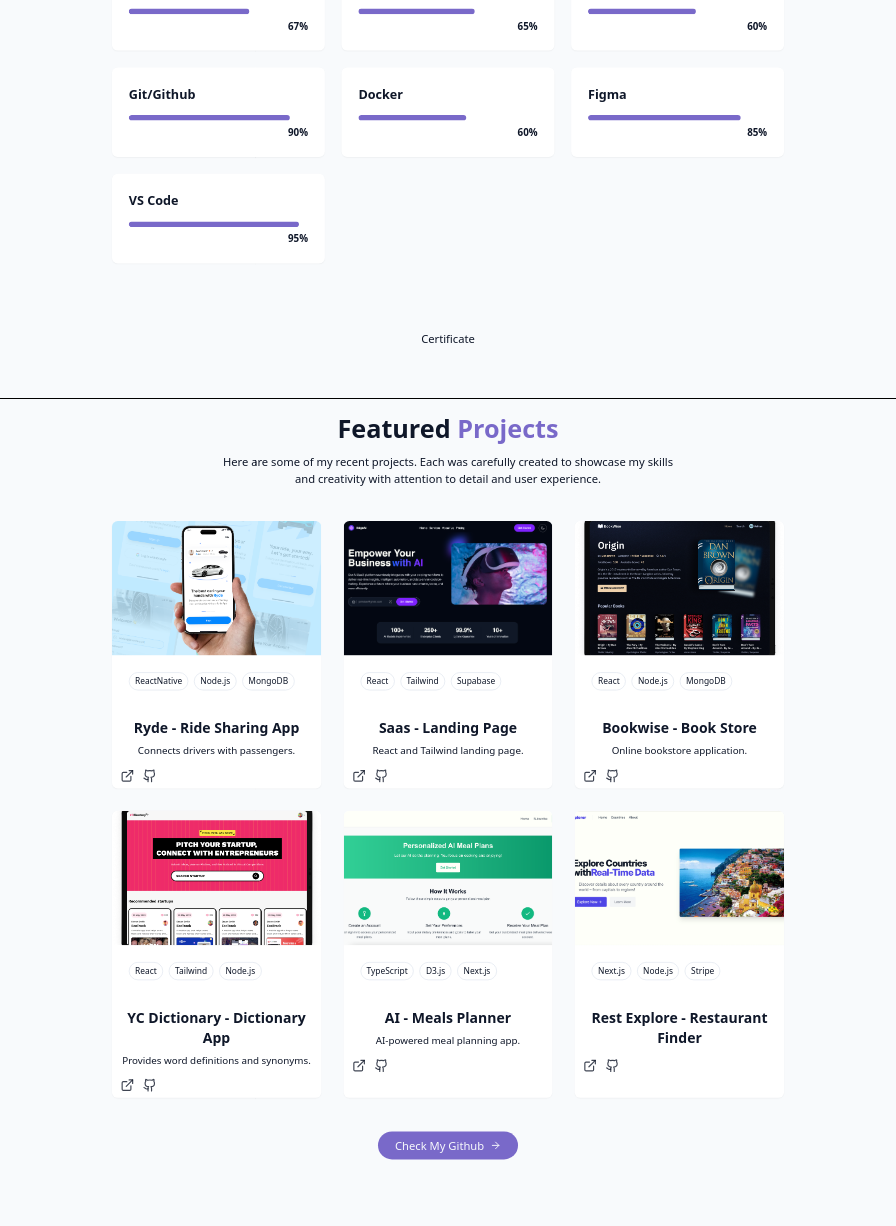
Repository: mOzariffard/Portfolio
Page: /
An editor plug-in stored every save of this project. The page is shown before and after the next save, followed by the edit.
The browser window is 1280 px wide. The pictures show the part of the page from y = 2336 to 4256 px (the page is 4088 px tall before and 4256 px after), at 70% of full size.
The project was rebuilt for these pictures with package versions that can differ from the ones it lists, and the page was loaded fresh each time. Also part of the build but not shown: vite.config.js, src/pages/NotFound.jsx.

Above is the page before, as saved 2025-06-30 14:52:26.

### src/App.jsx
import  Home from "./pages/Home"
import { BrowserRouter, Route, Routes } from "react-router-dom"
import NotFound from "./pages/NotFound"


function App() {

  return (
    <>
    <BrowserRouter>
    <Routes>
      <Route index element={<Home />} />
      <Route path="*" element={<NotFound />} />
    </Routes>
    </BrowserRouter>
    </>
  )
}

export default App

### src/pages/Home.jsx
import React from 'react'
import ThemeToggle from '@/components/ThemeToggle'
import StartBackground from '@/components/StartBackground'
import Navbar from '@/components/Navbar'
import HeroSection from '@/components/HeroSection'
import AboutSection from '@/components/AboutSection'
import SkillsSection from '@/components/SkillsSection'
import ProjectSection from '@/components/ProjectSection'
import CertificateSection from '../components/CertificateSection'

const Home = () => {
  return (
    <div className='min-h-screen bg-background text-foreground overflow-x-hidden'>
        {/*----------------Theme Toggle----------------*/}
        <ThemeToggle />
        {/*----------------Background Effects----------------*/}
        <StartBackground/>
        {/*----------------Nav Bar----------------*/}
        <Navbar/>
        {/*----------------Main Content----------------*/}
        <main>
        <HeroSection />
        <AboutSection />
        <SkillsSection />
        <CertificateSection />
        <ProjectSection />
        </main>
        {/*----------------Footer----------------*/}


    </div>
  )
}

export default Home

### src/components/ThemeToggle.jsx
import React, { useEffect, useState } from 'react'
import { Sun, Moon } from 'lucide-react'
import { cn } from '@/lib/utils';
const ThemeToggle = () => {
    const [isDarkMode, setIsDarkMode]= useState(false);

    useEffect(()=>{
        const storedTheme= localStorage.getItem('theme');
        if(storedTheme=== 'dark'){
            setIsDarkMode(true);
            document.documentElement.classList.add('dark');
        }else{
            localStorage.setItem('theme', 'light');
            setIsDarkMode(false);
        }
    },[])
    const toggleTheme=()=>{
        if(isDarkMode){
            document.documentElement.classList.remove('dark');
            localStorage.setItem('theme', 'light');
            setIsDarkMode(false);
        }else{
            document.documentElement.classList.add('dark');
            localStorage.setItem('theme', 'dark');
            setIsDarkMode(true);
        }
    }
  return (
    <button onClick={toggleTheme} className={cn(
        "fixed max-sm:hidden top-5 right-5 z-50 p-2 rounded-full transition-colors duration-300",
        "focus:outline-hidden")}>
        {isDarkMode ? <Sun className='h-6 w-6 text-yellow-300'/> : <Moon className='h-6 w-6 text-blue-900' />}
    </button>
  )
}

export default ThemeToggle

### src/components/StartBackground.jsx
import React, { useEffect, useState } from 'react'

// START has
// ID , SIZE , X , Y , OPACITY , ANIMATION DURATION
// METEOR has
// ID , SIZE , X , Y , DELAY , DURATION

const StartBackground = () => {
    const [stars,setStars]=useState([]);
    const [meteors,setMeteors]=useState([]);

    useEffect(()=>{
        generateStars();
        generateMeteors();

        const handleResize = ()=>{
            generateStars();
        };

        window.addEventListener('resize', handleResize);

        return ()=> window.removeEventListener('resize', handleResize);

    },[])

    const generateStars = () =>{
        const numbersOfStars = Math.floor(window.innerWidth * window.innerHeight /10000);

        const newStars=[];

        for(let i=0; i<numbersOfStars; i++){
            newStars.push({
                id: i,
                size: Math.random()* 3 + 1,
                x: Math.random()*100 ,
                y:  Math.random()*100,
                opacity: Math.random()*0.5 +0.5 ,
                animationDuration: Math.random()*4+2 ,
            });
        }

        setStars(newStars);
    };

    const generateMeteors = () =>{
        const numbersOfMeteors = 4;

        const newMeteors=[];

        for(let i=0; i<numbersOfMeteors; i++){
            newMeteors.push({
                id: i,
                size: Math.random()* 2 + 1,
                x: Math.random()* 100 ,
                y:  Math.random()* 20,
                delay: Math.random()* 15 ,
                animationDuration: Math.random()*3+3 ,
            });
        }

        setMeteors(newMeteors);
    };


  return (
    <div className='fixed inset-0 overflow-hidden pointer-events-none z-0 '>
        {stars.map((star)=>(
            <div
            key={star.id}
                className='star animate-pluse-subtle' style={{
                width:`${star.size}px` ,
                height: `${star.size}px`,
                left: `${star.x}%`,
                top: `${star.y}%`,
                opacity:`${star.opacity}` ,
                animationDuration: `${star.animationDuration}s`
            }} />
        ))}

        {meteors.map((meteor)=>(
            <div
            className='meteor animate-meteor'
            key={meteor.id}
            style={{
                width: `${meteor.size* 50}px`,
                height: `${meteor.size * 2}px`,
                left: `${meteor.x}%`,
                top: `${meteor.y}%`,
                animationDelay: `${meteor.delay}`,
                animationDuration: `${meteor.duration}s`
            }}
            />
        ))}
    </div>
  )
}

export default StartBackground

### src/components/Navbar.jsx
import React, { useState, useEffect } from 'react';
import { cn } from '@/lib/utils';
import { X , Menu } from 'lucide-react';

const navItems = [
    { name: 'Home', href: '#hero' },
    { name: 'About', href: '#about' },
    { name: 'Contact', href: '#contact' },
    { name: 'Certificate', href: '#Certificate' },
    { name: 'Skills', href: '#skills' },
    { name: 'Projects', href: '#projects' },
];

const Navbar = () => {
    const [isScrolled, setIsScrolled] = useState(false);
    const [isMenuOpen, setIsMenuOpen] = useState(false);

    useEffect(() => {
        const handleScroll = () => {
            setIsScrolled(window.scrollY > 10);
        };

        window.addEventListener('scroll', handleScroll);

        return () => window.removeEventListener('scroll', handleScroll);
    }, []);

    return (
        <nav
            className={cn(
                'fixed w-full z-40 transition-all duration-300',
                isScrolled ? 'py-3 bg-background/80 backdrop-blur-md shadow-xs' : 'py-6'
            )}
        >
            <div className="container flex items-center justify-between">
                <a href="#hero" className="text-xl font-bold text-primary flex items-center">
                    <span className="relative z-10">
                        <span className="text-glow text-foreground">mOzariffard</span> Portfolio
                    </span>
                </a>

                {/* DESKTOP NAV */}
                <div className="hidden md:flex space-x-6">
                    {navItems.map((item, key) => (
                        <a
                            key={key}
                            href={item.href}
                            className="text-foreground/80 hover:text-primary transition-colors duration-300"
                        >
                            {item.name}
                        </a>
                    ))}
                </div>

                {/* MOBILE NAV */}
                <button onClick={() => setIsMenuOpen((prev)=> !prev)}
                className='md:hidden p-2 text-foreground z-50'
                aria-label={!isMenuOpen ? 'Close Menu': 'Open Menu'}
                >
                {isMenuOpen ? <X size={24} /> : <Menu size={24} />}
                </button>

                <div
                    className={cn(
                        'fixed inset-0 bg-background/90 backdrop-blur-md z-40 flex flex-col items-center justify-center',
                        'transition-all duration-300 md:hidden',
                        isMenuOpen ? 'opacity-100 pointer-events-auto' : 'opacity-0 pointer-events-none'
                    )}
                >
                    <div className="flex flex-col space-y-8 text-xl">
                        {navItems.map((item, key) => (
                            <a
                                key={key}
                                href={item.href}
                                className="text-foreground/80 hover:text-primary transition-colors duration-300"
                                onClick={() => setIsMenuOpen(false)}
                            >
                                {item.name}
                            </a>
                        ))}
                    </div>
                </div>
            </div>
        </nav>
    );
};

export default Navbar;

### src/components/HeroSection.jsx
import { ArrowDown } from 'lucide-react'
import React from 'react'

const HeroSection = () => {
  return (
    <section id='hero' className='relative min-h-screen flex flex-col items-center justify-center px-4'>
        <div className='container max-w-4xl mx-auto text-center z-10'>
            <div className='space-y-6'>
                <h1 className='text-4xl md:text-6xl font-bold tracking-tight'>
                <span className='opacity-0 animate-fade-in' >Hi, I'm</span>
                <span className='text-primary opacity-0 animate-fade-in-delay-1'> Reza</span>
                <span className='text-gradient ml-2 opacity-0 animate-fade-in-delay-2'> Zariffard</span>
                </h1>
                <p className='text-lg md:text-xl text-muted-foreground max-2-2xl mx-auto opacity-0 animate-fade-in-delay-3'>
                    I create steller web experiences with modern technologies.
                    Specializing in front-end development, I build intesfacet
                    that are both beautiful and functional.
                </p>
                <div className='pt-4 opacity-0 animate-fade-in-delay-4'>
                    <a href="#projects" className='cosmic-button'> View My Work</a>
                </div>
            </div>
        </div>

        <div className='absolute bottom-8 left-1/2 transform -translate-x-1/2 flex flex-col items-center animate-bounce'>
        <span className='text-sm text-muted-forgeround mb-2'> Scroll</span>
        <ArrowDown className='h-5 w-5 text-primary'/>
        </div>
    </section>
  )
}

export default HeroSection

### src/components/AboutSection.jsx
import React from 'react'
import { Briefcase, Code, User } from 'lucide-react'

const AboutSection = () => {
  return (
    <section id='about' className='py-24 px-4 relative'>
      <div className='container mx-auto max-w-5xl'>
        <h2 className='text-3xl md:text-4xl font-bold mb-12 text-center'>
          About <span className='text-primary'>Me</span>
        </h2>


      <div className='grid grid-cols-1 md:grid-cols-2 gap-12 items-center'>
       {/* LEFT SIDES OF ABOUT */}
        <div className='space-y-6'>
          <h3 className='text-2xl font-semibold'>
            Passionate Web Developer & Tech Creator
          </h3>

          <p className='text-muted-foreground'>
            With over 4 years of experience in Web development,
            I specialize in creating dynamic and responsive web applications.
            My journey began with a fascination for technology and a desire to
            build impactful digital solutions. I thrive on
            challenges and continuously seek to expand my skill set.
          </p>

          <p className='text-muted-foreground'>
            I'm passioate about creating elegant solutions to complex
            problems, and I enjoy collaborating with others to bring innovative.
            I'm constantly learning new technologes and techniques to stay at the forefont
            of the ever-evolving web development landscape.
          </p>

          <div className='flex flex-col sm:flex-row gap-4 pt-4 justify-center '>
          <a href="#contanct" className='cosmic-button'>
            Get In Touch
          </a>

          <a href="" className='px-4 py-2 rounded-full border border-primary text-primary hover:bg-primary/20 transition-colors duration-300'>
            Download CV
          </a>
        </div>
        </div>
        {/* RIGHT SIDES OF ABOUT */}

        <div className='grid grid-cols-1 gap-6'>
          {/* FIRST BOX OF ABOUT  PAGE */}
          <div className='gradient-border p-3 card-hover'>
           {/* POSITION OF ICON */}
            <div className='flex items-start gap-4'>
              <div className='p-3 rounded-full bg-primary/10'>
              <Code className='text-primary' />
              </div>
              {/* CONTENT OF LEFT SIDE OF ABOUT IN FIRST BOX  */}
              <div className='text-left'>
                <h4 className='font-semibold text-lg'> Web Development </h4>

                <p className='text-muted-foreground'>
                  Creating responsive and dynamic web applications using modern technologies like React, Node.js, and more.
                </p>
              </div>
            </div>
          </div>

           {/* SECOND BOX OF ABOUT  PAGE */}
          <div className='gradient-border p-3 card-hover'>
              {/* POSITION OF ICON */}
          <div className='flex items-start gap-4'>
              <div className='p-3 rounded-full bg-primary/10'>
              <User className='text-primary' />
              </div>
              {/* CONTENT OF LEFT SIDE OF ABOUT IN SECOND BOX  */}
              <div className='text-left'>
                <h4 className='font-semibold text-lg'> UI/UX Design  </h4>

                <p className='text-muted-foreground'>
                  Designing intuitive user interfaces and enhancing user experiences through thoughtful design principles and usability testing.
                </p>
              </div>
            </div>
          </div>
          {/* THIRD BOX OF ABOUT  PAGE */}
          <div className='gradient-border p-3 card-hover'>
              {/* POSITION OF ICON */}
             <div className='flex items-start gap-4'>
              <div className='p-3 rounded-full bg-primary/10'>
              <Briefcase className='text-primary' />
              </div>
              {/* CONTENT OF LEFT SIDE OF ABOUT IN THIRD BOX  */}
              <div className='text-left'>
                <h4 className='font-semibold text-lg'> Project Management</h4>

                <p className='text-muted-foreground'>
                Leading project teams to deliver high-quality software solutions on time and within budget.
                </p>
              </div>
            </div>
          </div>

            {/* FORTH BOX OF ABOUT  PAGE */}
            <div className='gradient-border p-3 card-hover'>
              {/* POSITION OF ICON */}
             <div className='flex items-start gap-4'>
              <div className='p-3 rounded-full bg-primary/10'>
              <Code className='text-primary' />
              </div>
              {/* CONTENT OF LEFT SIDE OF ABOUT IN FORTH BOX  */}
              <div className='text-left'>
                <h4 className='font-semibold text-lg'>Back-end Developement </h4>

                <p className='text-muted-foreground'>
                Building robust back-end systems and APIs to support front-end applications, ensuring data integrity and security.
                </p>
              </div>
            </div>
          </div>


        </div>
      </div>
      </div>
    </section>
  )
}

export default AboutSection

### src/components/SkillsSection.jsx
import React, { useState, useEffect } from 'react'
import {cn} from '@/lib/utils';
import CountUp from 'react-countup';

const skills = [
  // Frontend Skills
  {name: 'HTML/CSS', level: 95, category: 'frontend'},
  {name: 'JavaScript', level: 95, category: 'frontend'},
  {name: 'React', level: 80, category: 'frontend'},
  {name: 'TypeScript', level: 78, category: 'frontend'},
  {name: 'Tailwind CSS', level: 90, category: 'frontend'},
  {name: 'Next.js', level: 70, category: 'frontend'},
  {name: 'Redux', level: 60, category: 'frontend'},
  // Backend Skills
  {name: 'Node.js', level: 78, category: 'backend'},
  {name: 'Express', level: 70, category: 'backend'},
  {name: 'MongoDB', level: 67, category: 'backend'},
  {name: 'GraphQL', level: 65, category: 'backend'},
  {name: 'PostgreSQL', level: 60, category: 'backend'},
  // Tools Skills
  {name: 'Git/Github', level: 90, category: 'tools'},
  {name: 'Docker', level: 60, category: 'tools'},
  {name: 'Figma', level: 85, category: 'tools'},
  {name: 'VS Code', level: 95, category: 'tools'},
];

const categories = ['all', 'frontend', 'backend', 'tools'];

// Individual Skill Item Component
const SkillItem = ({ skill, index, isVisible }) => {
  const [animatedWidth, setAnimatedWidth] = useState(0);

  useEffect(() => {
    if (isVisible) {
      // Small delay for staggered animation
      const timer = setTimeout(() => {
        setAnimatedWidth(skill.level);
      }, index * 100);

      return () => clearTimeout(timer);
    } else {
      setAnimatedWidth(0);
    }
  }, [isVisible, skill.level, index]);

  return (
    <div className='bg-card p-6 rounded-lg shadow-xs card-hover'>
      <div className='text-left mb-4'>
        <h3 className='font-semibold text-lg'>{skill.name}</h3>
      </div>

      {/* SKILLS PROGRESS BAR */}
      <div className='w-full bg-secondary/50 h-2 rounded-full overflow-hidden'>
        <div
          className='bg-primary h-2 rounded-full origin-left transition-all duration-2000 ease-out'
          style={{
            width: `${animatedWidth}%`,
            transitionDelay: `${index * 100}ms`
          }}
        />
      </div>

      <div className='text-right mt-1'>
        <span className='text-sm font-semibold text-muted-foreground'>
          {isVisible ? (
            <CountUp
              end={skill.level}
              duration={2.5}
              delay={index * 0.1}
            />
          ) : 0}%
        </span>
      </div>
    </div>
  );
};

const SkillsSection = () => {
  const [activeCategory, setActiveCategory] = useState('all');
  const [isVisible, setIsVisible] = useState(false);

  const filteredSkills = skills.filter((skill) =>
    activeCategory === 'all' || skill.category === activeCategory
  );

  useEffect(() => {
    // Trigger animation when component mounts or category changes
    setIsVisible(false);
    const timer = setTimeout(() => {
      setIsVisible(true);
    }, 100);

    return () => clearTimeout(timer);
  }, [activeCategory]);

  return (
    <section id='skills' className='py-24 px-4 relative bg-secondary/30'>
      {/* CONTAINER OF SKILLS */}
      <div className='container mx-auto max-w-5xl'>
        <h2 className='text-3xl md:text-4xl font-bold mb-12 text-center'>
          My <span className='text-primary'> Skills </span>
        </h2>

        {/* CATEGORIES OF SKILLS */}
        <div className='flex flex-wrap justify-center gap-4 mb-12'>
          {categories.map((category, index) => (
            <button
              key={index}
              onClick={() => setActiveCategory(category)}
              className={cn(
                'px-5 py-2 rounded-full transition-colors duration-300 capitalize',
                activeCategory === category
                  ? 'bg-primary text-primary-foreground'
                  : 'bg-secondary/70 text-foreground hover:bg-secondary'
              )}
            >
              {category}
            </button>
          ))}
        </div>

        {/* ITEMS OF SKILLS */}
        <div className='grid grid-cols-1 sm:grid-cols-2 lg:grid-cols-3 gap-6'>
          {filteredSkills.map((skill, index) => (
            <SkillItem
              key={`${skill.name}-${activeCategory}`}
              skill={skill}
              index={index}
              isVisible={isVisible}
            />
          ))}
        </div>
      </div>
    </section>
  )
}

export default SkillsSection

### src/components/CertificateSection.jsx
import React from 'react'

const CertificateSection = () => {
  return (
    <div>Certificate</div>
  )
}

export default CertificateSection

Loaded but not shown: index.html (common file); src/main.jsx (common file); src/index.css (common file); src/lib/utils.js (8 lines, source omitted); src/components/ProjectSection.jsx (166 lines, source omitted)

After the next save:
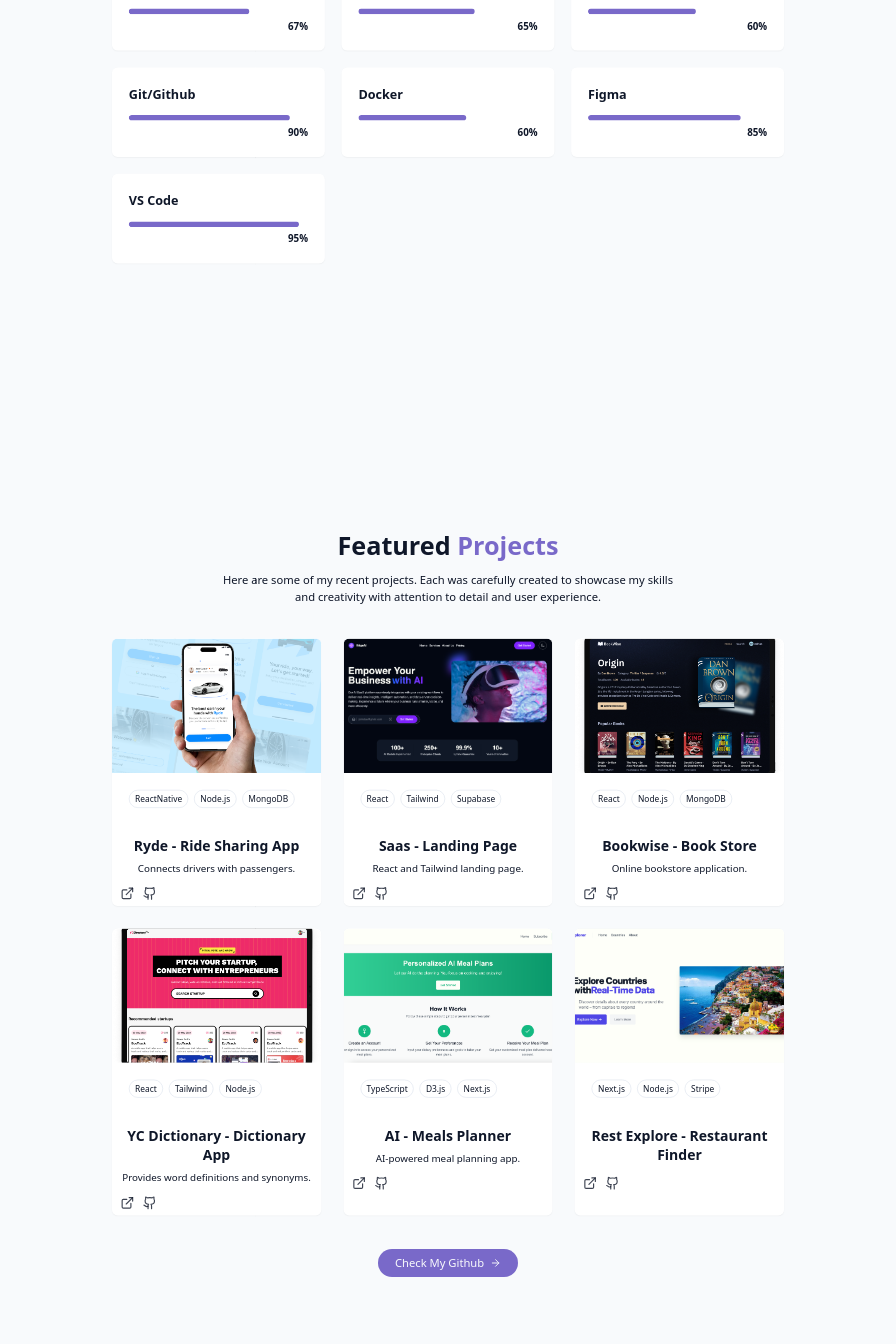
Saved 63 s later.
--- a/src/components/CertificateSection.jsx
+++ b/src/components/CertificateSection.jsx
@@ -2,7 +2,9 @@ import React from 'react'
 
 const CertificateSection = () => {
   return (
-    <div>Certificate</div>
+   <section className='py-24 '>
+
+   </section>
   )
 }
 
